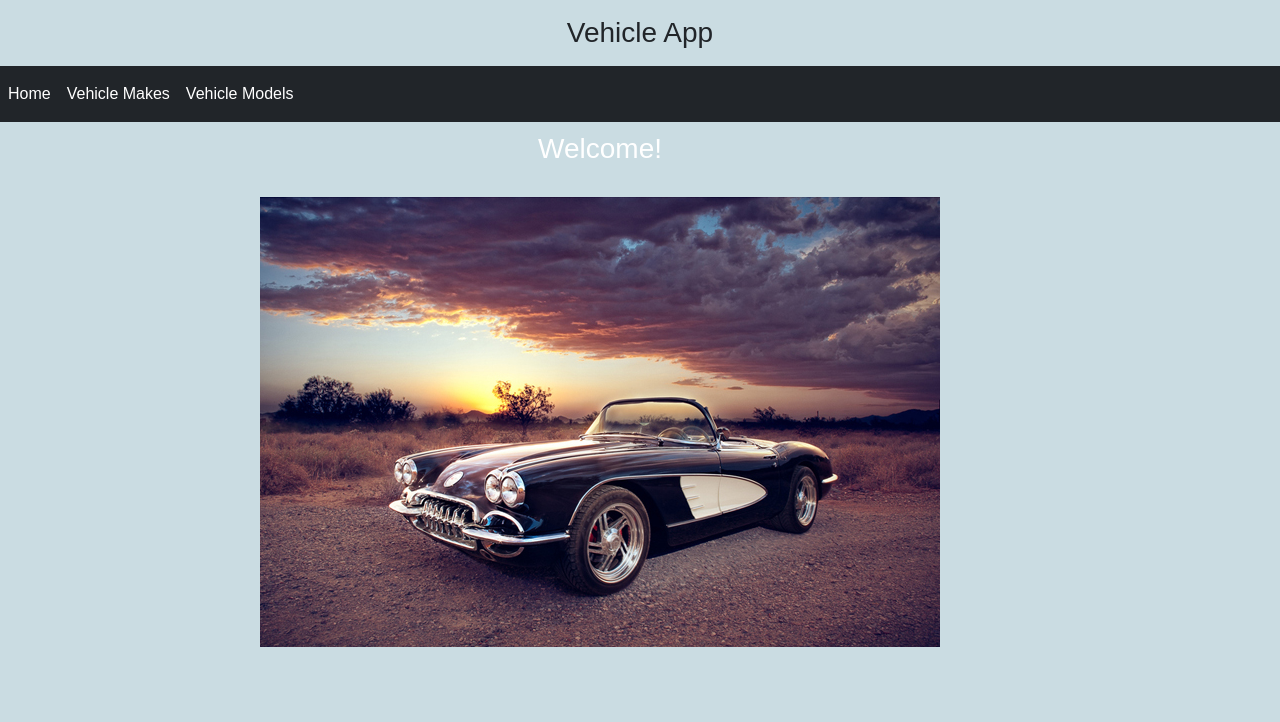
Repository: magdalenarajic/VehicleFrontend
Page: /
An editor plug-in stored every save of this project. The page is shown before and after the next save, followed by the edit.
The browser window is 1280 px wide. The pictures show the whole page.
The project was rebuilt for these pictures with package versions that can differ from the ones it lists, and the page was loaded fresh each time. Also part of the build but not shown: src/services/makeService.js, src/stores/makeStore.js, src/components/VehicleMake.js, src/services/modelService.js, src/stores/modelStore.js, src/components/VehicleModel.js.

Above is the page before, as saved 2023-03-10 12:14:27.

### public/index.html
<!DOCTYPE html>
<html lang="en">
  <head>
    <meta charset="utf-8" />
    <link rel="icon" href="%PUBLIC_URL%/favicon.ico" />
    <meta name="viewport" content="width=device-width, initial-scale=1" />
    <meta name="theme-color" content="#000000" />
    <meta
      name="description"
      content="Web site created using create-react-app"
    />
    <link rel="apple-touch-icon" href="%PUBLIC_URL%/logo192.png" />
    <!--
      manifest.json provides metadata used when your web app is installed on a
      user's mobile device or desktop. See https://developers.google.com/web/fundamentals/web-app-manifest/
    -->
    <link rel="manifest" href="%PUBLIC_URL%/manifest.json" />
    <!--
      Notice the use of %PUBLIC_URL% in the tags above.
      It will be replaced with the URL of the `public` folder during the build.
      Only files inside the `public` folder can be referenced from the HTML.

      Unlike "/favicon.ico" or "favicon.ico", "%PUBLIC_URL%/favicon.ico" will
      work correctly both with client-side routing and a non-root public URL.
      Learn how to configure a non-root public URL by running `npm run build`.
    -->
    <link
  rel="stylesheet"
  href="https://cdn.jsdelivr.net/npm/bootstrap@5.2.3/dist/css/bootstrap.min.css"
  integrity="sha384-rbsA2VBKQhggwzxH7pPCaAqO46MgnOM80zW1RWuH61DGLwZJEdK2Kadq2F9CUG65"
  crossorigin="anonymous"
/>
    <title>React App</title>
  </head>
  <body>
    <noscript>You need to enable JavaScript to run this app.</noscript>
    <div id="root"></div>
    <!--
      This HTML file is a template.
      If you open it directly in the browser, you will see an empty page.

      You can add webfonts, meta tags, or analytics to this file.
      The build step will place the bundled scripts into the <body> tag.

      To begin the development, run `npm start` or `yarn start`.
      To create a production bundle, use `npm run build` or `yarn build`.
    -->
  </body>
</html>

### src/index.css
body {
  background-color: rgb(202, 220, 226);
  font-family: -apple-system, BlinkMacSystemFont, 'Segoe UI', 'Roboto', 'Oxygen',
    'Ubuntu', 'Cantarell', 'Fira Sans', 'Droid Sans', 'Helvetica Neue',
    sans-serif;
}

code {
  font-family: source-code-pro, Menlo, Monaco, Consolas, 'Courier New',
    monospace;
}

### src/App.js
import './App.css';
import { Home } from './components/Home';
import VehicleMake  from './components/VehicleMake';
import {Navigation} from './components/Navigation';
import VehicleModel from './components/VehicleModel';

import {BrowserRouter, Route, Routes} from 'react-router-dom';

function App() {
  return (
    <BrowserRouter>
    <div >
    <header>
      <h3 className="m-3 d-flex justify-content-center">
        Vehicle App
      </h3>
      </header>
      <div>
      <Navigation/>
       <Routes>
        <Route path='/' element={<Home/>} />
        <Route path='/Makes' element={<VehicleMake/>} />
        <Route path='/Models' element={<VehicleModel/>} />
       </Routes>
    </div>
    </div>
    </BrowserRouter>
  );
}

export default App;

### src/App.css
.App {
  text-align: center;
}
body {
  font-family: Arial;
}

### src/components/Home.js
import React, {Component} from 'react';
import image from '../img/photo4.jpg';
import { Container } from 'react-bootstrap';

export class Home extends Component{

    render(){
      const mystyle = {
        color: "white",
        padding: "10px",
        fontFamily: "Arial",
        textAlign: "center"
      };
          return(
            <div style={{ backgroundImage:`url(${image})` ,
             backgroundRepeat:"no-repeat",
             backgroundPosition: "center",
            height:600,width:1200}}>
                <h3 style={mystyle}>
        Welcome!
      </h3>
            </div>
          )
    }
}

### src/components/Navigation.js
import React, { Component } from "react";
import { Navbar, Nav } from "react-bootstrap";

export class Navigation extends Component {
  render() {
    return (
      <Navbar bg="dark" variant="dark">
        <Nav variant="pills" >
          <Nav.Link className="d-inline p-2 text-white " href="/">
            Home
          </Nav.Link>
          <Nav.Link className="d-inline p-2 text-white" href="/makes">
            Vehicle Makes
          </Nav.Link>
          <Nav.Link className="d-inline p-2 text-white" href="/models">
            Vehicle Models
          </Nav.Link>
        </Nav>
      </Navbar>
    );
  }
}

Loaded but not shown: src/index.js (common file); src/reportWebVitals.js (common file)

After the next save:
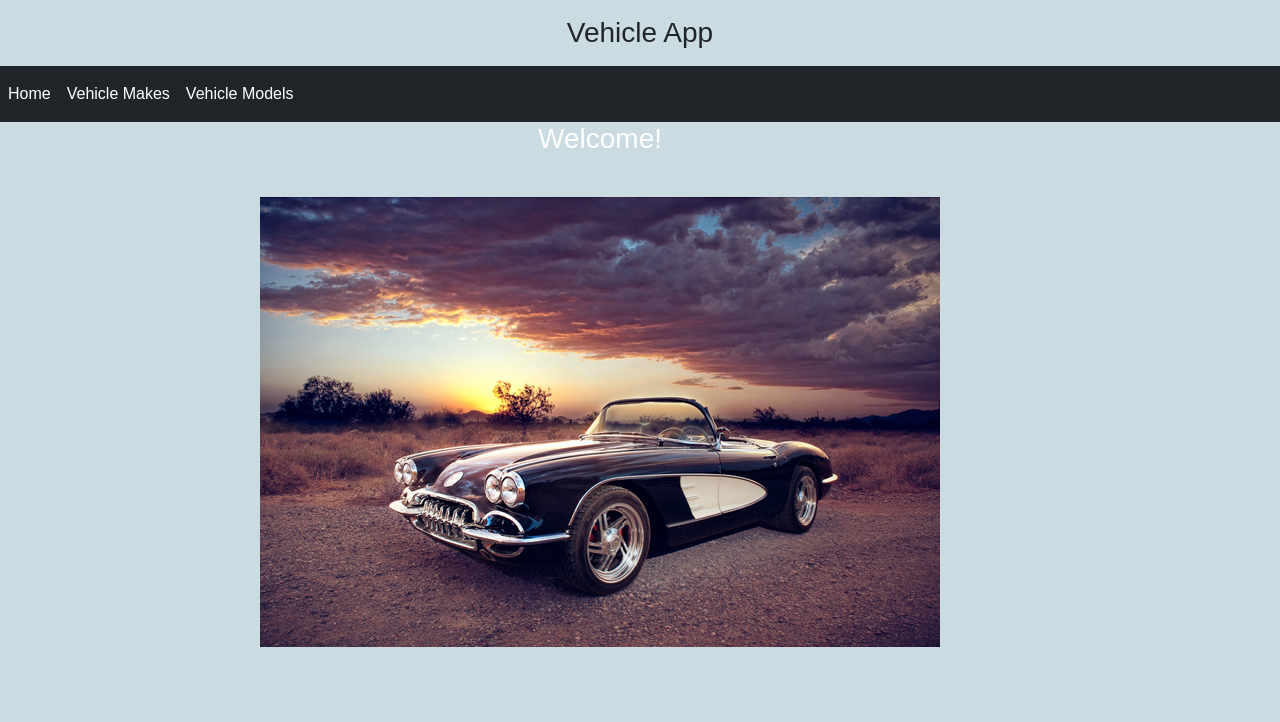
Saved 21 s later.
--- a/src/components/Home.js
+++ b/src/components/Home.js
@@ -7,7 +7,6 @@
     render(){
       const mystyle = {
         color: "white",
-        padding: "10px",
         fontFamily: "Arial",
         textAlign: "center"
       };

After the save that followed:
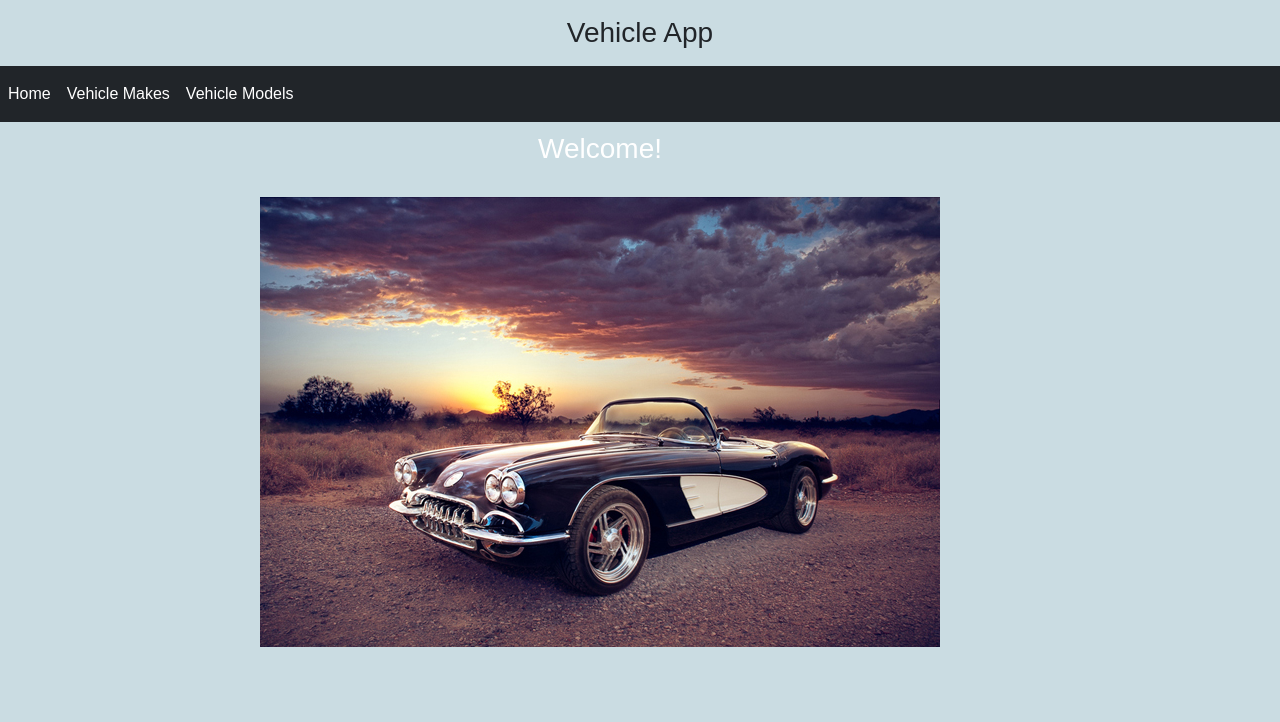
Saved 9 s later.
--- a/src/components/Home.js
+++ b/src/components/Home.js
@@ -7,6 +7,7 @@
     render(){
       const mystyle = {
         color: "white",
+        padding: "10px",
         fontFamily: "Arial",
         textAlign: "center"
       };
